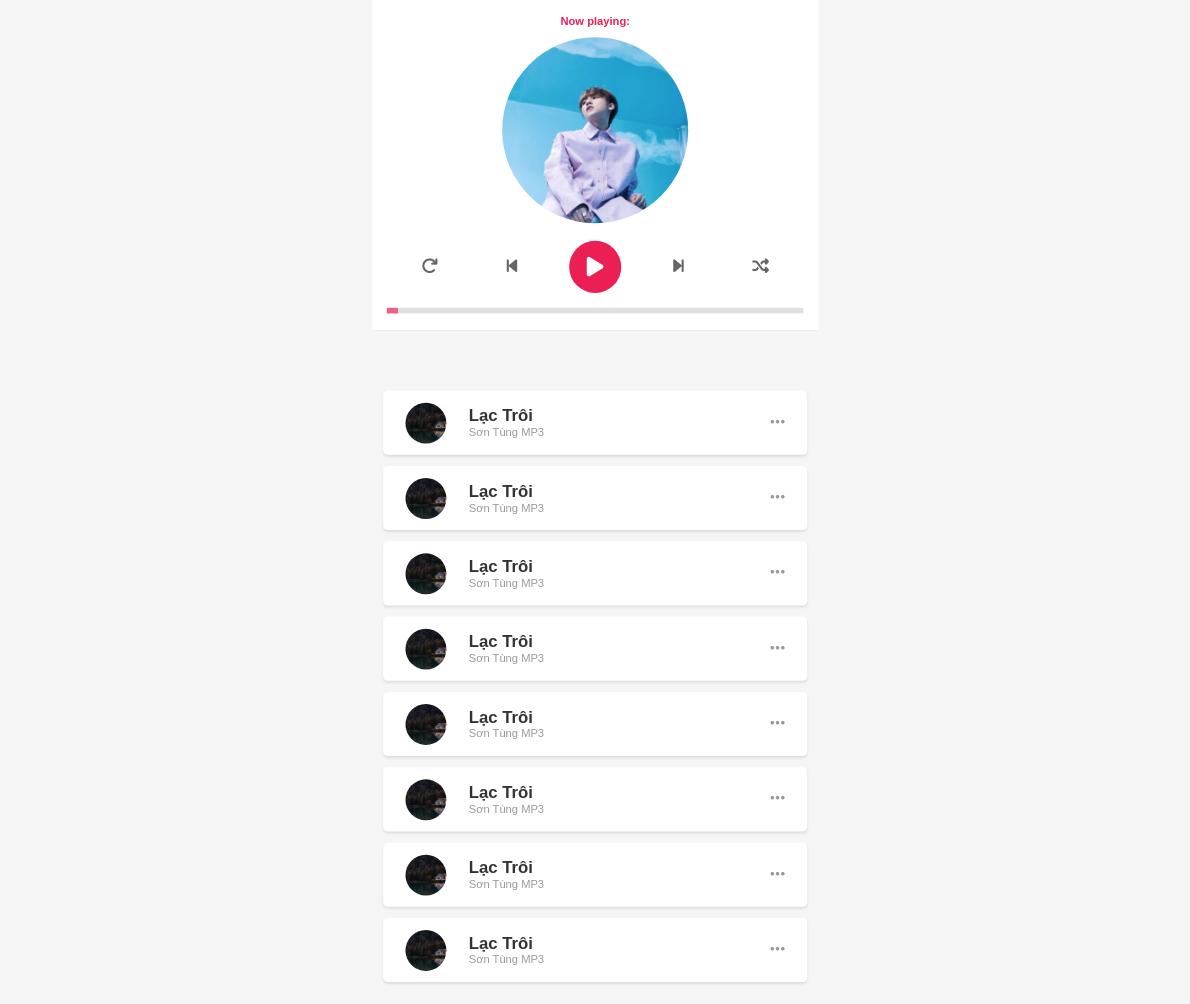
Repository: projectadmim/MyApp
Page: main.html
An editor plug-in stored every save of this project. The page is shown before and after a run of saves, followed by the edit.
The browser window is 1280 px wide. The pictures show the whole page, at 93% of full size.

Above is the page before, as saved 2023-10-11 20:23:45.

After the next 19 saves:
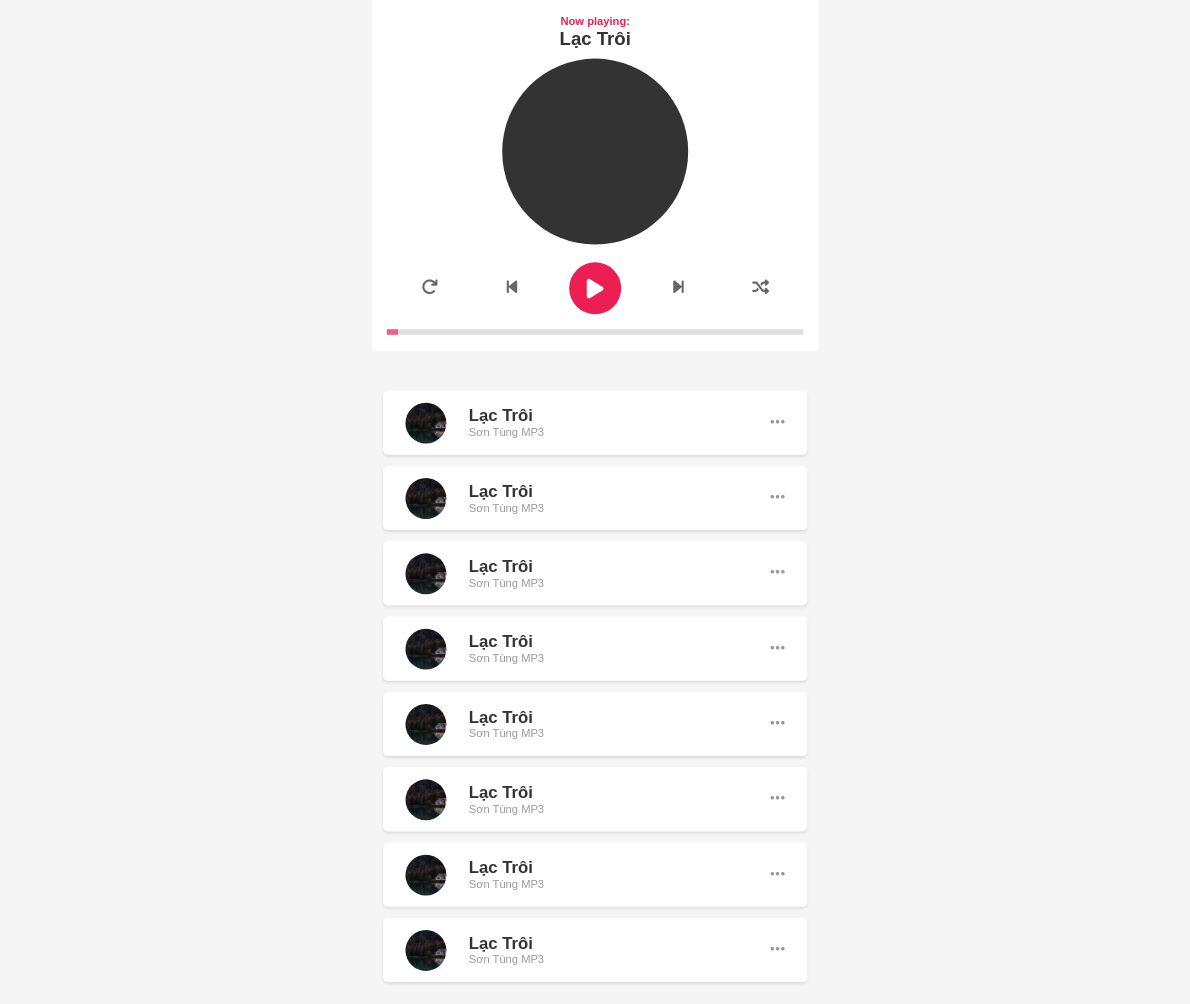
The 19 saves are shown as one change because they came seconds apart.
The last was saved 51 s later.
--- a/text.js
+++ b/text.js
@@ -100,7 +100,8 @@ const app={
       const cdthumb=$('.cd-thumb');
       const audio=$('#audio');
       console.log(heading,cdthumb,audio);
-      heading.textContent=this.c
+      heading.textContent=this.crrentSongs.name;
+      cdthumb.style=this.crrentSongs.image
      },
      stars:function(){
       //định nghĩa  các thuộc tihs trong oject
